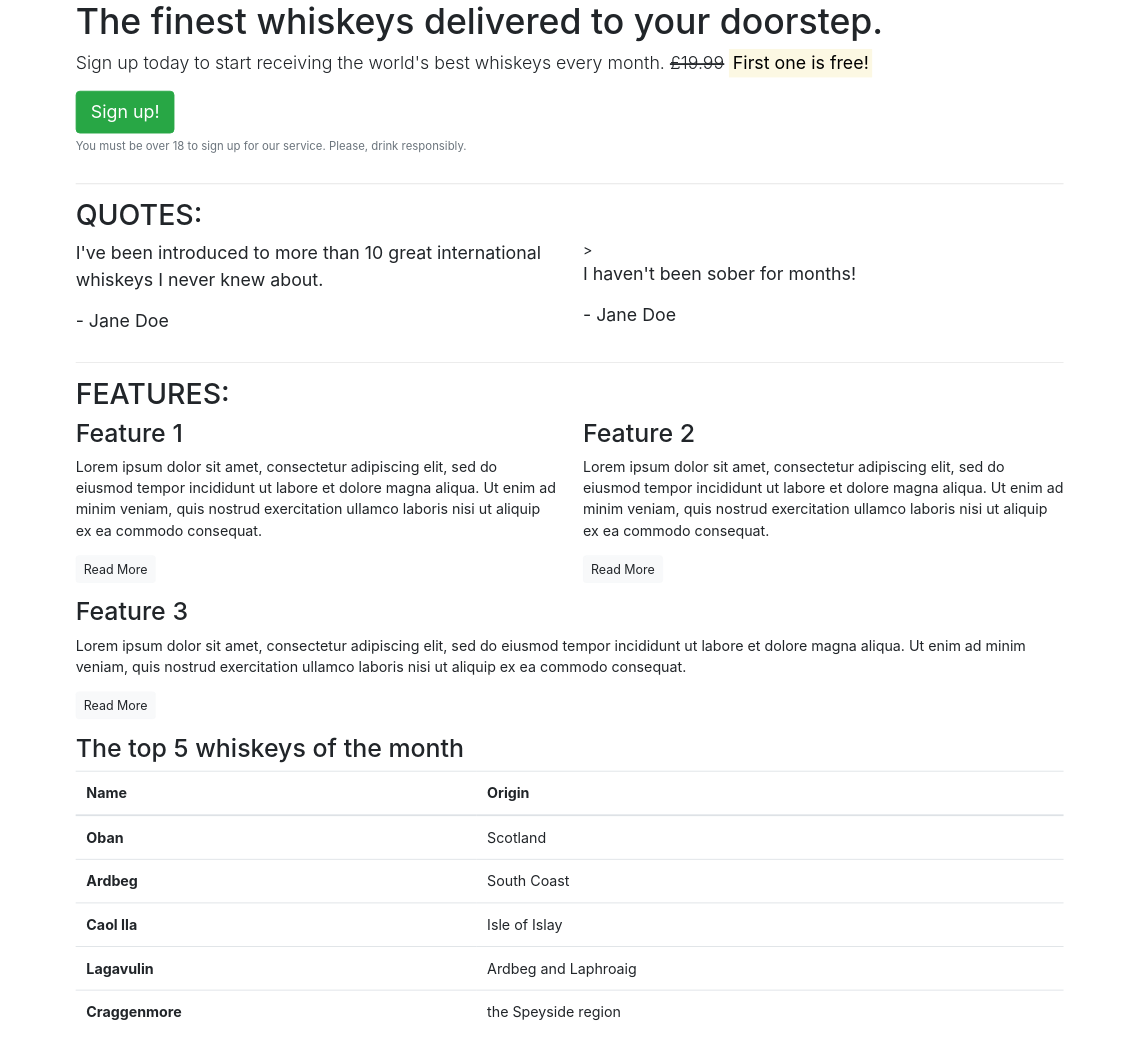
Repository: hidayatmansuri/BootStrap
Page: index.html
The author's editor kept a record of every edit. The page is drawn from the files as they stood at one moment, then again after the next edit.
The browser window is 1280 px wide. The pictures show the whole page, at 89% of full size.

Above is the page before.

### index.html
<!DOCTYPE html>
<html lang="en-us">

<head>
    <meta charset="utf-8">
    <meta name="viewport" content="width=device-width, initial-scale=1.0">
    <meta http-equiv="X-UA-Compatible" content="ie=edge">
    <title>Whiskey Drop | Taste a new whiskey every month</title>
    <link rel="stylesheet" href="https://maxcdn.bootstrapcdn.com/bootstrap/4.1.3/css/bootstrap.min.css">
</head>

<body>
    <article class="container">
        <!-- Callout -->
        <div class="row">
            <div class="col-12">
                <section class="callout">
                    <h1>The finest whiskeys delivered to your doorstep.</h1>
                    <p class="lead">Sign up today to start receiving the world's best whiskeys every month.
                    <s>£19.99</s> <strong><mark>First one is free!</mark></strong></p>
                    <button class="btn btn-success btn-lg">Sign up!</button>
                    <p class="text-muted"><small>You must be over 18 to sign up for our service. Please, drink responsibly.</small></p>
                </section>
            </div>
        </div>
        <!-- /.callout -->
        <hr>

        <!-- Quotes -->
        <section class="quotes">
            <div class="row">
                <div class="col-12">
                    <h2 class="text-uppercase">Quotes:</h2>
                </div>
            </div>
            <div class="row">
                <div class="col-12 col-md-6">
                    <blockquote class="blockquote">
                        <p>I've been introduced to more than 10 great international whiskeys I never knew about.</p>
                        <p>- Jane Doe</p>
                    </blockquote>
                </div>
                <div class="col-12 col-md-6">>
                    <blockquote class="blockquote">
                        <p>I haven't been sober for months!</p>
                        <p>- Jane Doe</p>
                    </blockquote>
                </div
            </div>
        </section>
        <!-- /.quotes -->
        <hr>

        <!-- Features -->
        <section class="features">
            <div class="row">
                <div class="col-12">
                    <h2 class="text-uppercase">Features:</h2>
                </div>
            </div>
            <div class="row">
                <div class="col-12 col-md-6">
                    <div class="feature">
                        <h3>Feature 1</h3>
                        <p>Lorem ipsum dolor sit amet, consectetur adipiscing elit, sed do eiusmod tempor incididunt ut labore et dolore magna aliqua. Ut enim ad minim veniam, quis nostrud exercitation ullamco laboris nisi ut aliquip ex ea commodo consequat.</p>
                        <p><a class ="btn btn-sm btn-light">Read More</a></p>
                    </div>
                </div>
                <div class="col-12 col-md-6">
                    <div class="feature">
                        <h3>Feature 2</h3>
                        <p>Lorem ipsum dolor sit amet, consectetur adipiscing elit, sed do eiusmod tempor incididunt ut labore et dolore magna aliqua. Ut enim ad minim veniam, quis nostrud exercitation ullamco laboris nisi ut aliquip ex ea commodo consequat.</p>
                        <p><a class ="btn btn-sm btn-light">Read More</a></p>
                    </div>
                </div>
                <div class="col-12">
                    <div class="feature">
                        <h3>Feature 3</h3>
                        <p>Lorem ipsum dolor sit amet, consectetur adipiscing elit, sed do eiusmod tempor incididunt ut labore et dolore magna aliqua. Ut enim ad minim veniam, quis nostrud exercitation ullamco laboris nisi ut aliquip ex ea commodo consequat.</p>
                        <p><a class ="btn btn-sm btn-light">Read More</a></p>
                    </div>
                </div>
            </div>
        </section>
        <!-- /.features -->
        <section class="center">
            <h3>The top 5 whiskeys of the month</h3>
        <table class="table">
                <thead>
                <tr>
                  <th scope="col">Name</th>
                  <th scope="col">Origin</th>
                </tr>
                </thead>
                <tbody>
                <tr>
                  <th>Oban</th>
                  <td>Scotland</td>
                </tr>
                <tr>
                  <th>Ardbeg</th>
                  <td>South Coast</td>
                </tr>
                <tr>
                  <th>Caol Ila</th>
                  <td>Isle of Islay</td>
                </tr>
                <tr>
                  <th>Lagavulin</th>
                  <td>Ardbeg and Laphroaig</td>
                </tr>
                <tr>
                  <th>Craggenmore</th>
                  <td>the Speyside region</td>
                </tr>
              </tbody>
        </table>
        </section>
    </article>
</body>

</html>

After the next edit:
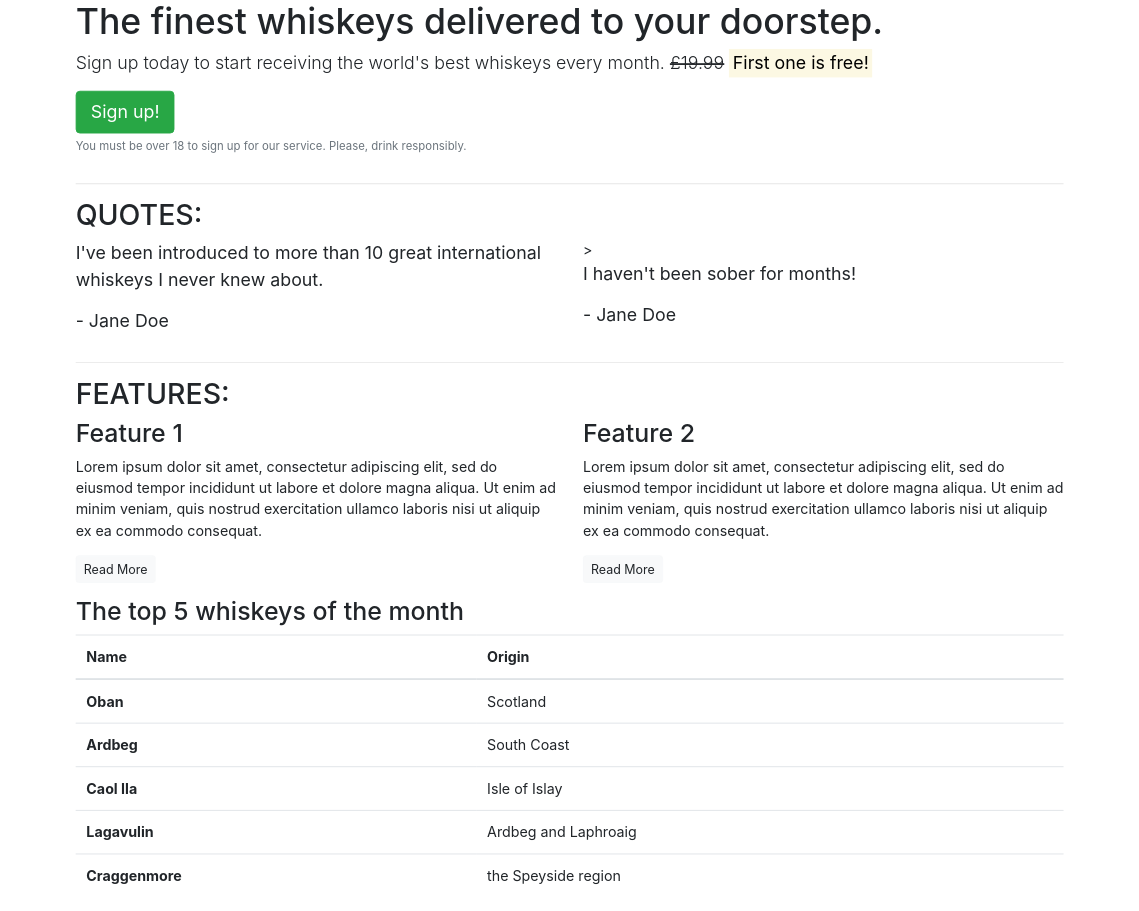
The edit:
--- a/index.html
+++ b/index.html
@@ -73,7 +73,7 @@
                         <p><a class ="btn btn-sm btn-light">Read More</a></p>
                     </div>
                 </div>
-                <div class="col-12">
+                <div class="col-12 d-md-none">
                     <div class="feature">
                         <h3>Feature 3</h3>
                         <p>Lorem ipsum dolor sit amet, consectetur adipiscing elit, sed do eiusmod tempor incididunt ut labore et dolore magna aliqua. Ut enim ad minim veniam, quis nostrud exercitation ullamco laboris nisi ut aliquip ex ea commodo consequat.</p>
